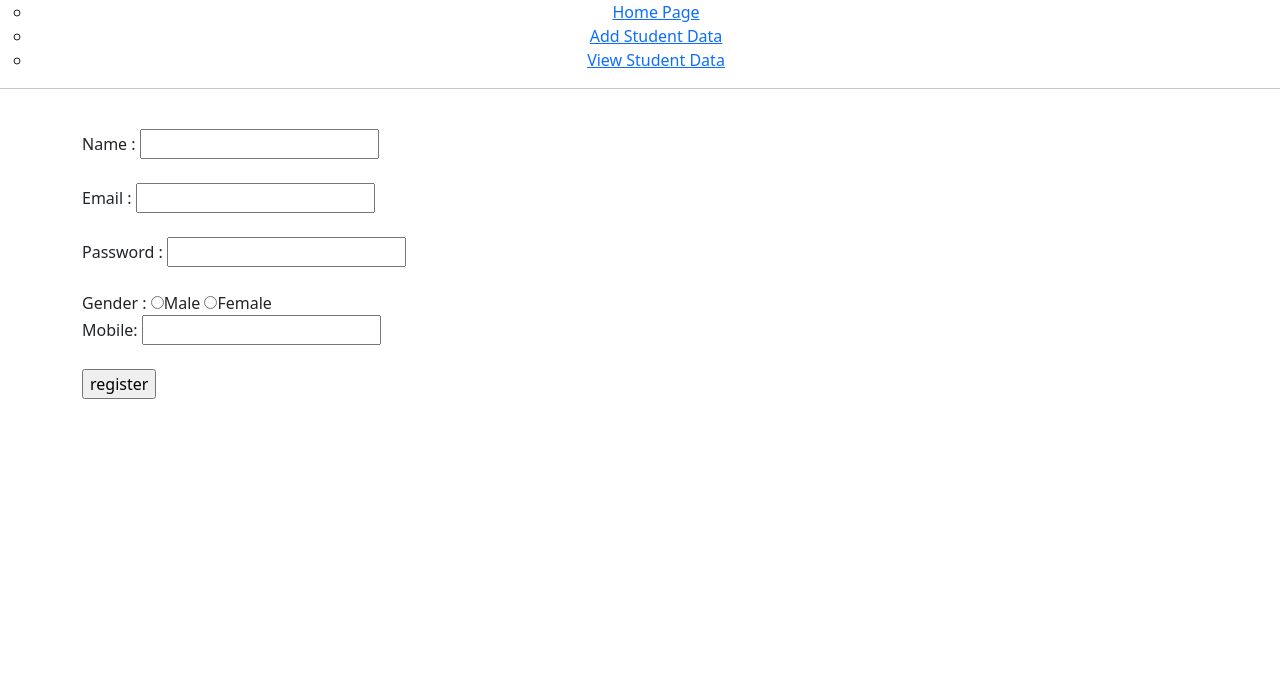
Repository: KrishMoradiya/Aixtor-Training-Projects-Backup
Page: http://localhost/CRUD_Student/Register.jsp
The author's editor kept a copy of each file at every save. The page is drawn from the files as they stood at one save, then again after the next save.
The browser window is 1280 px wide. The pictures show the whole page.
The page is served by Tomcat 10. Nobody is signed in. The application's start-up code is not run.

Above is the page before, as saved 2023-12-22 10:51:19.

After the next save:
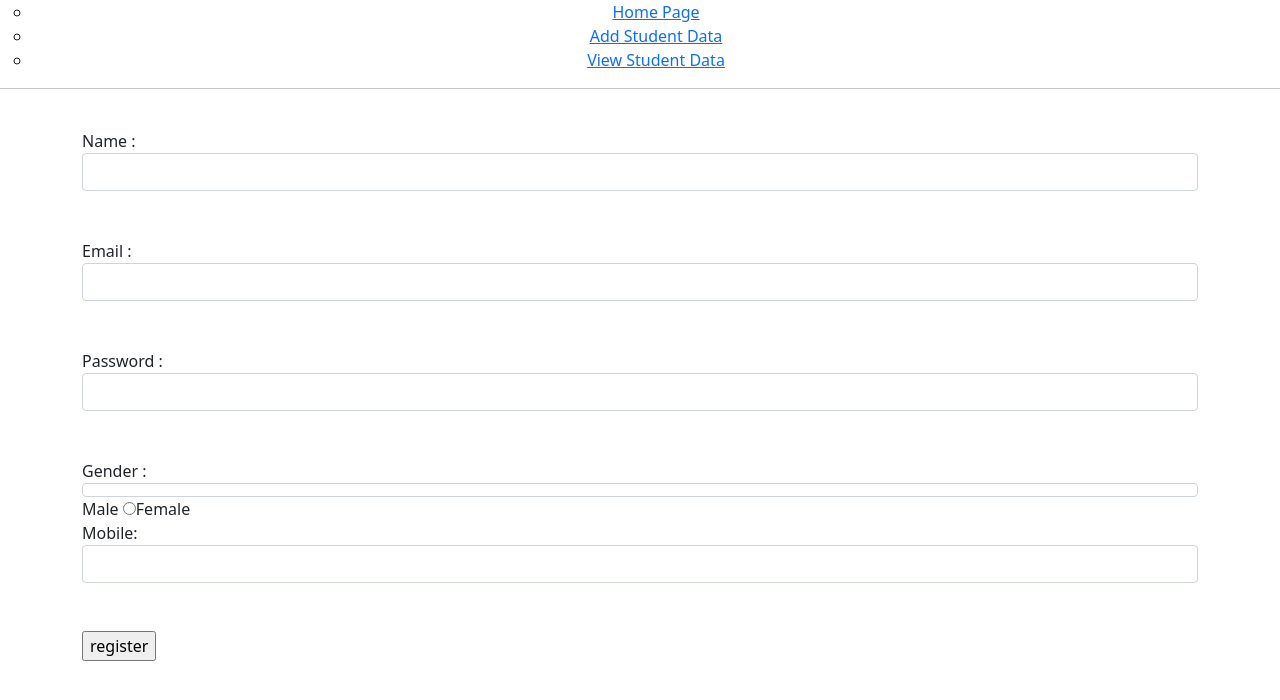
Saved 19 h 52 min later.
--- a/Workspace - Eclipse Enterprise Edition/CRUD_Student/src/main/webapp/Register.jsp
+++ b/Workspace - Eclipse Enterprise Edition/CRUD_Student/src/main/webapp/Register.jsp
@@ -11,11 +11,11 @@
 	<jsp:include page="header.jsp"></jsp:include>
 	<div class="container">
 		<form action="Register" name="registerForm" method="Post">
-			Name : <input type="text" name="name" /> <br /> <br />
-			Email : <input type="email" name="email" /> <br /> <br />
-			Password : <input type="password" name="password" /> <br /> <br />
-			Gender : <input	type="radio" name="gender" value="Male" />Male <input type="radio" name="gender" value="Female" />Female<br />
-			Mobile: <input type="text" name="mobile" /> <br /> <br />
+			Name : <input class="form-control" type="text" name="name" /> <br /> <br />
+			Email : <input class="form-control" type="email" name="email" /> <br /> <br />
+			Password : <input class="form-control" type="password" name="password" /> <br /> <br />
+			Gender : <input	type="radio" class="form-control" name="gender" value="Male" />Male <input type="radio" name="gender" value="Female" />Female<br />
+			Mobile: <input type="text" class="form-control" name="mobile" /> <br /> <br />
 			<input type="submit" value="register" onclick="return registerFormValidation();">
 		</form>
 	</div>
